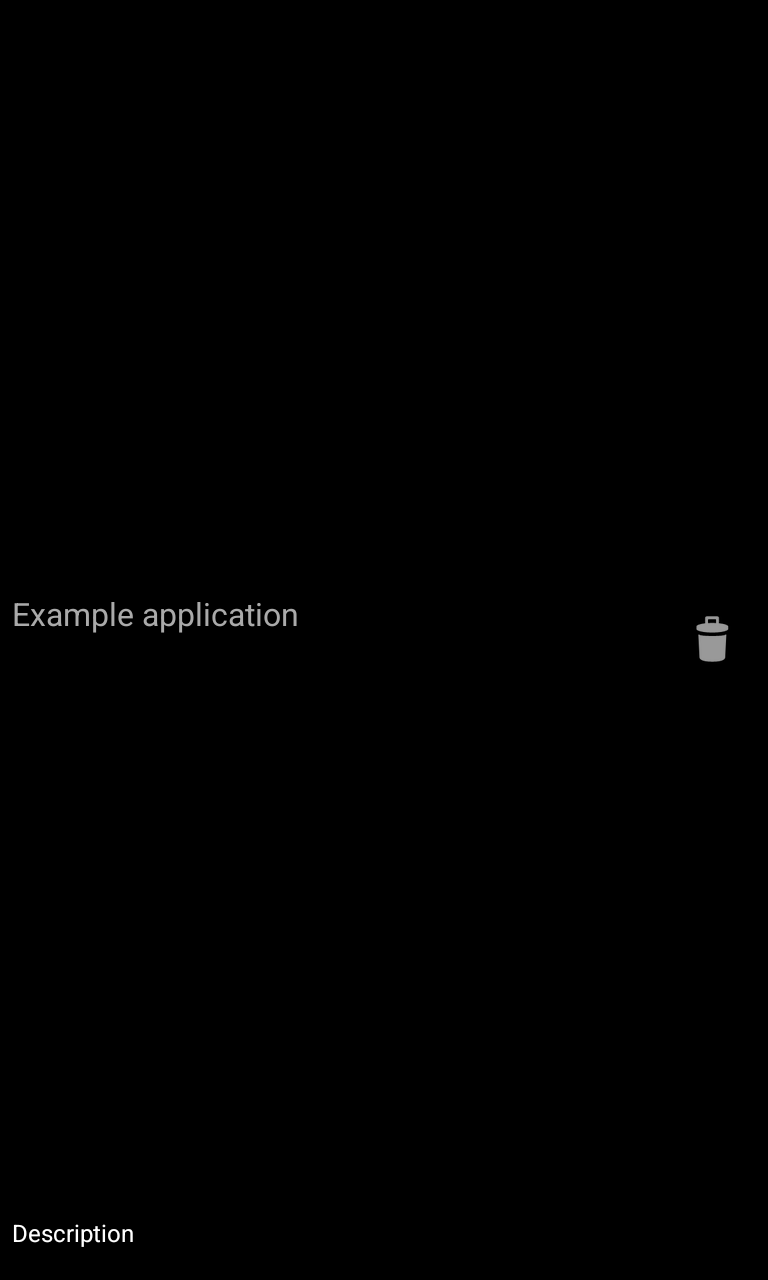
Repository: ohadsch/AwesomePlaylists
Layout: AwesomePlaylists/res/layout/activity_library.xml
These files come from the project's save history. The layout is drawn as it stood at one moment and after the next save; the edit follows.
It is drawn on a 768 x 1280 px phone screen (xhdpi) without system bars, with theme AppTheme; the app's code is not run.

Above is the layout before, as saved 2014-04-30 13:52:52.

### AwesomePlaylists/res/layout/activity_library.xml
<RelativeLayout xmlns:android="http://schemas.android.com/apk/res/android"
    android:layout_width="fill_parent"
    android:layout_height="?android:attr/listPreferredItemHeight"
    android:padding="6dip"
    android:background="@android:color/black">

    <TextView
        android:id="@+id/secondLine"
        android:layout_width="fill_parent"
        android:layout_height="26dip"
        android:layout_alignParentBottom="true"
        android:layout_alignParentLeft="true"
        android:layout_toRightOf="@+id/icon"
        android:ellipsize="marquee"
        android:singleLine="true"
        android:text="Description"
        android:textSize="12sp"
        android:textColor="@android:color/white" />

    <TextView
        android:layout_width="fill_parent"
        android:layout_height="wrap_content"
        android:layout_above="@id/secondLine"
        android:layout_alignParentLeft="true"
        android:layout_alignParentTop="true"
        android:layout_alignWithParentIfMissing="true"
        android:layout_toRightOf="@id/icon"
        android:gravity="center_vertical"
        android:text="Example application"
        android:textSize="16sp"
        android:textColor="@android:color/darker_gray" />

    <ImageView
        android:id="@+id/icon"
        android:layout_width="wrap_content"
        android:layout_height="fill_parent"
        android:layout_alignParentBottom="true"
        android:layout_alignParentTop="true"
        android:layout_alignParentRight="true"
        android:layout_marginRight="6dip"
        android:contentDescription="TODO"
        android:src="@android:drawable/ic_menu_delete"
        android:background="@android:color/black" />

</RelativeLayout>
































<!-- <ScrollView xmlns:android="http://schemas.android.com/apk/res/android"
    android:layout_width="fill_parent" android:layout_height="fill_parent"
    android:background="@android:color/black">

<LinearLayout
    android:id="@+id/library_main_layout"
    android:layout_width="fill_parent"
    android:layout_height="fill_parent"
    android:orientation="vertical"
    android:background="@android:color/black"
    android:paddingLeft="15dp"
    android:paddingRight="15dp"
    android:paddingTop="30dp" >

    <LinearLayout
        android:layout_width="fill_parent"
        android:layout_height="wrap_content"
        android:orientation="horizontal">
        <TextView
            android:id="@+id/library_title"
	        android:layout_width="fill_parent"
	        android:layout_height="wrap_content"
	        android:text="@string/library_title"
	        android:textSize="@dimen/caption"
	        android:textColor="@android:color/white"
	        android:textStyle="bold"
			android:layout_weight=".50" />

        <ImageButton
            android:id="@+id/library_add_song_img"
            android:layout_width="wrap_content"
            android:layout_height="wrap_content"
            android:layout_weight=".50"
            android:src="@android:drawable/ic_menu_add"
            android:background="@android:color/black"
            android:contentDescription="@string/add_song_description" />
    </LinearLayout>
</LinearLayout>
</ScrollView>-->

### AwesomePlaylists/res/values/strings.xml
<?xml version="1.0" encoding="utf-8"?>
<resources>

    <string name="app_name">AwesomePlaylists</string>
    <string name="hello_world">Hello world!</string>
    <string name="action_settings">Settings</string>
    <string name="title_activity_library">LibraryActivity</string>
    <string name="title_activity_playlists">PlaylistsActivity</string>
    <string name="title_activity_play_it">PlayItActivity</string>
    <string name="title_activity_Settings">SettingsActivity</string>
    <string name="title_activity_add_edit_playlist">AddEditPlaylistActivity</string>

    <!--  Main Activity -->
    <string name="main_title">AwesomePlaylists!</string>

    <!-- Library Activity -->
    <string name="library_title">Library</string>
    <string name="song_name_template">Song</string>
    <string name="song_artist_template">Artist</string>
    <string name="delete_song_description">Remove this song</string>
    <string name="add_song_description">Add new song</string>

    <!-- Playlists Activity -->
    <string name="playlists_title">Playlists</string>
    <string name="add_playlist_description">Add new playlist</string>
    <string name="playlist_example_1">Running in gym</string>
    <string name="playlist_example_2">Driving to work</string>
    <string name="playlist_example_3">Another playlist...</string>
    <string name="edit_playlist_description">Edit</string>
    <string name="share_playlist_description">Share</string>
    <string name="delete_playlist_description">Delete</string>


    <string name="playlist_name">Playlist_name</string>

</resources>

### AwesomePlaylists/res/values/dimens.xml
<resources>

    <!-- Default screen margins, per the Android Design guidelines. -->
    <dimen name="activity_horizontal_margin">16dp</dimen>
    <dimen name="activity_vertical_margin">16dp</dimen>


    <dimen name="caption">24dp</dimen>
    <dimen name="big_text">18dp</dimen>
    <dimen name="medium_text">16dp</dimen>
    <dimen name="small_text">14dp</dimen>

</resources>

Loaded but not shown: AwesomePlaylists/res/values/styles.xml (common file); AwesomePlaylists/res/values-v11/styles.xml (common file); AwesomePlaylists/res/values-v14/styles.xml (common file)

After the next save:
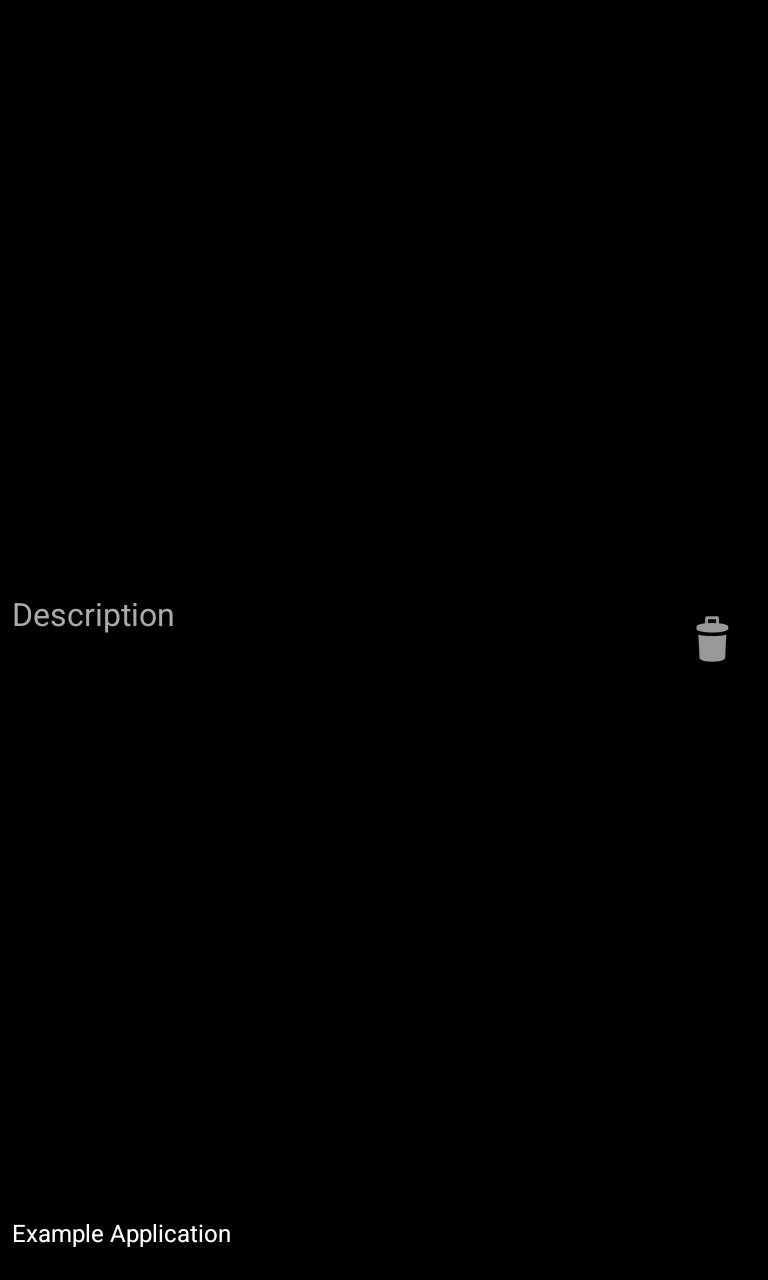
Saved 24 s later.
--- a/AwesomePlaylists/res/layout/activity_library.xml
+++ b/AwesomePlaylists/res/layout/activity_library.xml
@@ -13,7 +13,7 @@
         android:layout_toRightOf="@+id/icon"
         android:ellipsize="marquee"
         android:singleLine="true"
-        android:text="Description"
+        android:text="Example Application"
         android:textSize="12sp"
         android:textColor="@android:color/white" />
 
@@ -26,7 +26,7 @@
         android:layout_alignWithParentIfMissing="true"
         android:layout_toRightOf="@id/icon"
         android:gravity="center_vertical"
-        android:text="Example application"
+        android:text="Description"
         android:textSize="16sp"
         android:textColor="@android:color/darker_gray" />
 
